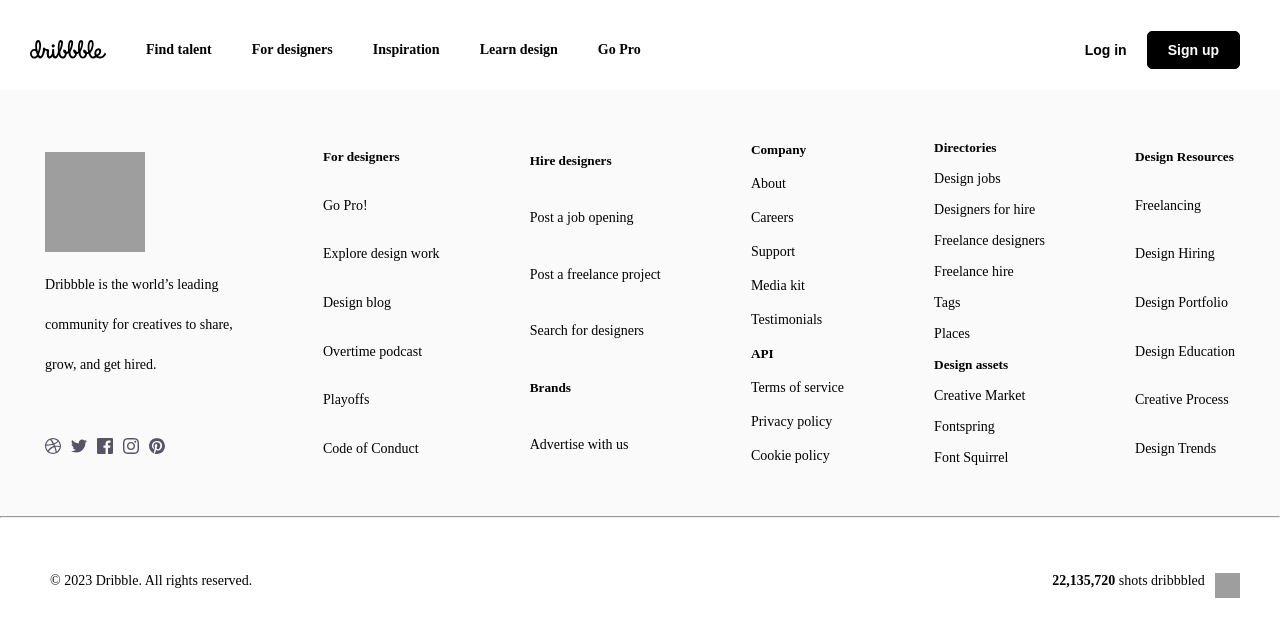
Repository: PreetiToppo/ui
Page: / (app in landing/)
These files come from the project's save history. The page is drawn as it stood at one moment and after the next save; the edit follows.
The browser window is 1280 px wide. The pictures show the whole page.
Pictures or frames that could not be fetched are drawn as grey boxes. The project was rebuilt for these pictures with package versions that can differ from the ones it lists, and the page was loaded fresh each time.

Above is the page before, as saved 2023-07-30 19:13:05.

### landing/src/App.js
import './App.css';
import Header from './components/Header';
import Footer from './components/Footer';

function App() {
  return (
    <div className="App">
      <Header />
      <Footer/>
    </div>
  );
}

export default App;

### landing/src/components/Header.jsx
// Dribble header
import React from "react";
import logo from "../assets/dribble.svg";
import "../styles/Header.css";

export default function Header() {
  return (
    <>
      <div className="header">
        <div className="left">
          <div className="logoImage">
            <img src={logo} alt="" />
          </div>
          <div className="navbarGroup">
            <ul className="list">
              <li className="listItem">Find talent</li>
              <li className="listItem">For designers</li>
              <li className="listItem">Inspiration</li>
              <li className="listItem">Learn design</li>
              <li className="listItem">Go Pro</li>
            </ul>
          </div>
        </div>
        <div className="buttonGroup">
          <button className="login">Log in</button>
          <button className="signup">Sign up</button>
        </div>
      </div>
    </>
  );
}

### landing/src/components/Footer.jsx
import React from "react";
import "../styles/Footer.css";
import pinkLogo from "../assets/pinkLogo.png";
import pinkBall from "../assets/pinkBall.png";
import { ReactComponent as Ball } from "../assets/dribbleBall.svg";
import { ReactComponent as Twitter } from "../assets/twitter.svg";
import { ReactComponent as Facebook } from "../assets/facebook.svg";
import { ReactComponent as Instagram } from "../assets/Instagram.svg";
import { ReactComponent as Pinterest } from "../assets/pinterest.svg";

export default function Footer() {
  const currentYear = new Date().getFullYear();
  return (
    <>
      <div className="sections">
        <div className="socialSites">
          <img src={pinkLogo} alt="" className="pinkLogo" />
          <p>Dribbble is the world’s leading</p>
          <p>community for creatives to share,</p>
          <p>grow, and get hired.</p>
          <div className="socialIcons">
            <Ball className="my-svg" />
            <Twitter className="my-svg" />
            <Facebook className="my-svg" />
            <Instagram className="my-svg" />
            <Pinterest className="my-svg" />
          </div>
        </div>
        <div className="designers">
          <h5>For designers</h5>
          <p>Go Pro! </p>
          <p>Explore design work</p>
          <p>Design blog</p>
          <p>Overtime podcast</p>
          <p>Playoffs</p>
          <p>Code of Conduct</p>
        </div>
        <div className="designers">
          <h5>Hire designers</h5>
          <p>Post a job opening</p>
          <p>Post a freelance project</p>
          <p>Search for designers</p>
          <h5>Brands</h5>
          <p>Advertise with us</p>
        </div>
        <div className="designers">
          <h5>Company</h5>
          <p>About</p>
          <p>Careers</p>
          <p>Support</p>
          <p>Media kit</p>
          <p>Testimonials</p>
          <h5>API</h5>
          <p>Terms of service</p>
          <p>Privacy policy</p>
          <p>Cookie policy</p>
        </div>
        <div className="designers">
          <h5>Directories</h5>
          <p>Design jobs</p>
          <p>Designers for hire</p>
          <p>Freelance designers</p>
          <p>Freelance hire</p>
          <p>Tags</p>
          <p>Places</p>
          <h5>Design assets</h5>
          <p>Creative Market</p>
          <p>Fontspring</p>
          <p>Font Squirrel</p>
        </div>
        <div className="designers">
          <h5>Design Resources</h5>
          <p>Freelancing</p>
          <p>Design Hiring</p>
          <p>Design Portfolio</p>
          <p>Design Education</p>
          <p>Creative Process</p>
          <p>Design Trends</p>
        </div>
      </div>
      <div>
        <hr />
        <div className="footerDown">
          <div className="footerLeft">
            <p>&copy; {currentYear} Dribble. All rights reserved.</p>
          </div>
          <div className="footerRight">
            <p>
              <b>22,135,720</b> shots dribbbled
            </p>
            <img src={pinkBall} alt="" />
          </div>
        </div>
      </div>
    </>
  );
}

### landing/src/styles/Header.css
.header {
  display: flex;
  justify-content: space-between;
  margin-top: 10px;
  margin-left: 10px;
}
.logoImage {
  width: 76px;
  height: 30px;
  margin: 0 auto;
  display: block;
  margin-top: 30px;
  margin-bottom: 20px;
  margin-left: 20px;
  cursor: pointer;
}
.logo:hover {
  fill: grey;
}

.left {
  display: flex;
  align-items: space-around;
  justify-content: space-around;
  flex-direction: row;
}

.navbarGroup {
  display: flex;
  align-items: center;
  justify-content: center;
  flex-direction: row;
  margin-left: 20px;
  margin-right: 20px;
}

.list {
  list-style-type: none;
  overflow: hidden;
  display: flex;
  flex-direction: row;
  justify-content: space-around;
  font-weight: 550;
  font-size: 14px;
}

.listItem {
  display: inline-block;
  margin-left: 20px;
  margin-right: 20px;
  cursor: pointer;
}

.listItem:hover {
  color: grey;
}

.buttonGroup {
  display: flex;
  align-items: center;
  justify-content: center;
  flex-direction: row;
  margin-left: 20px;
  margin-right: 20px;
}

.login {
  background-color: #ffffff;
  border: none;
  padding: 10px 20px;
  cursor: pointer;
  font-weight: 550;
  font-size: 14px;
}

.login:hover {
  color: grey;
}

.signup {
  background-color: black;
  border: 1px solid black;
  border-radius: 5px;
  padding: 10px 20px;
  cursor: pointer;
  font-weight: 550;
  font-size: 14px;
  color: white;
  margin-right: 20px;
}

### landing/src/styles/Footer.css
.sections {
  padding: 50px 0;
  position: relative;
  overflow: hidden;
  background-color: #fafafb;
  display: flex;
  flex-direction: row;
  justify-content: space-around;
  align-items: space-around;
}

.socialSites {
  display: flex;
  flex-direction: column;
  justify-content: space-around;
  align-items: space-around;
}
.socialSites p {
  font-size: 14px;
  font-weight: 500;
  color: #000;
}
.socialIcons {
  margin-top: 40px;
  display: flex;
  flex-direction: row;
  gap: 10px;
}
.pinkLogo {
  width: 100px;
  height: 100px;
}

.my-svg {
  cursor: pointer;
  width: 16px;
  height: 16px;
  fill: #565564;
}
.my-svg:hover {
  fill: black;
}

.designers {
  display: flex;
  flex-direction: column;
  justify-content: space-around;
  align-items: space-around;
  gap: 15px;
}

.designers p {
  font-size: 14px;
  font-weight: 500;
  color: #000;
}

.footerDown {
  display: flex;
  flex-direction: row;
  margin-top: 55px;
}

.footerLeft p {
  font-size: 14px;
  font-weight: 500;
  color: #000;
  margin-left: 50px;
}

.footerRight {
  display: flex;
  flex-direction: row;
  justify-content: space-around;
  align-items: space-around;
  gap: 10px;
  margin-left: 800px;
}

.footerRight p {
  font-size: 14px;
  font-weight: 500;
  color: #000;
}

.footerRight img {
  width: 25px;
  height: 25px;
}

Loaded but not shown: landing/public/index.html (common file); landing/src/index.js (common file); landing/src/reportWebVitals.js (common file); landing/src/App.css (common file)

After the next save:
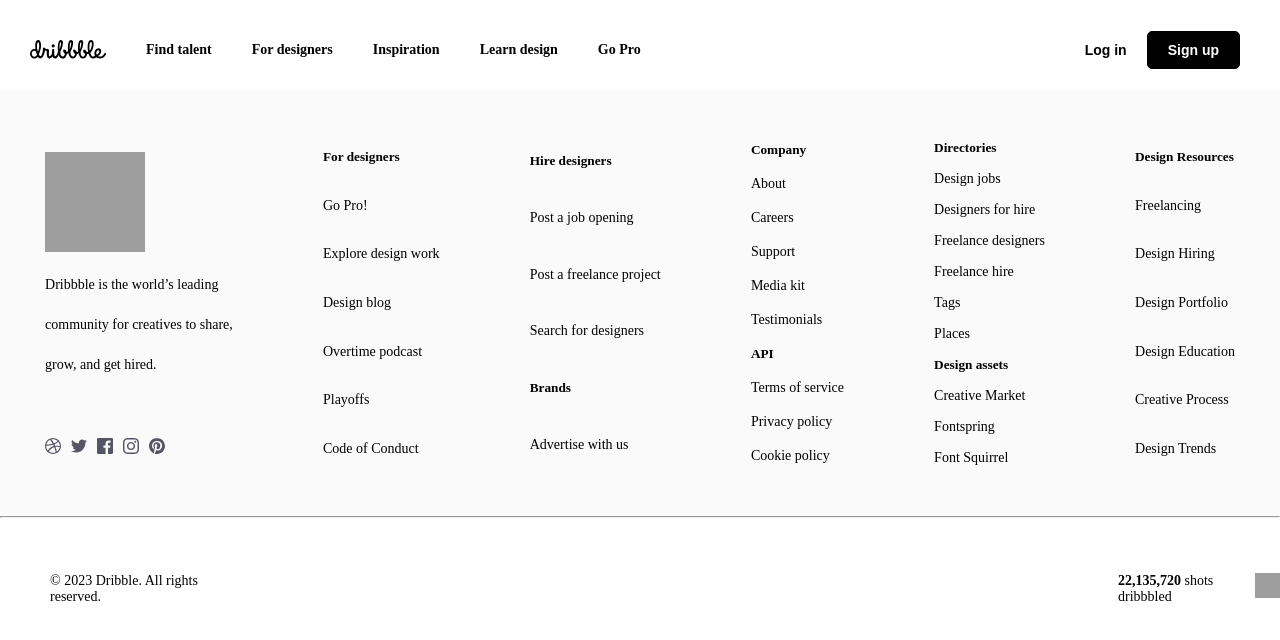
Saved 5 s later.
--- a/landing/src/styles/Footer.css
+++ b/landing/src/styles/Footer.css
@@ -74,7 +74,7 @@
   justify-content: space-around;
   align-items: space-around;
   gap: 10px;
-  margin-left: 800px;
+  margin-left: 900px;
 }
 
 .footerRight p {
